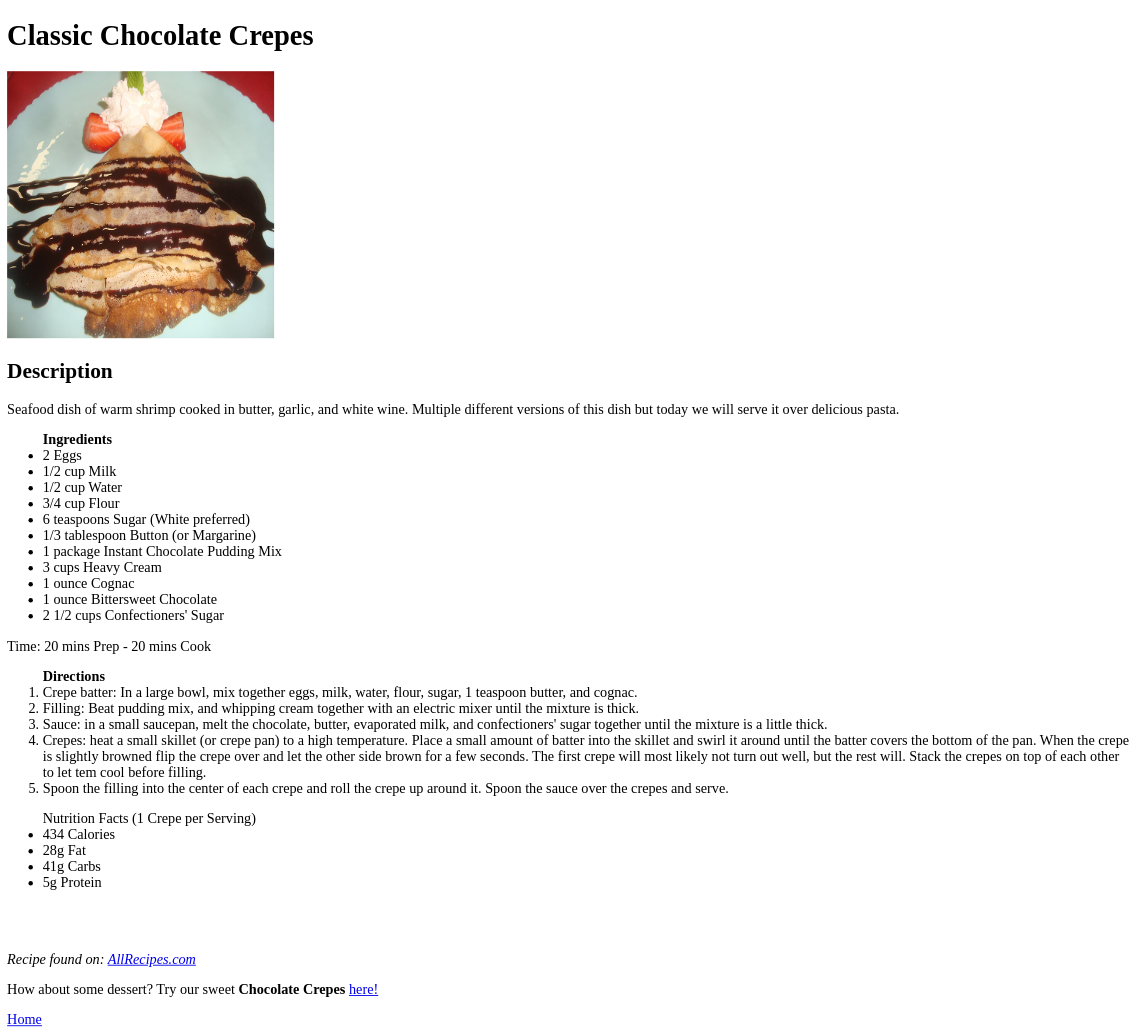
Repository: Mervens/odin-recipes
Page: recipes/pasta.html
These files come from the project's save history. The page is drawn as it stood at one moment and after the next save; the edit follows.
The browser window is 1280 px wide. The pictures show the whole page, at 89% of full size.

Above is the page before, as saved 2025-06-18 11:47:56.

After the next save:
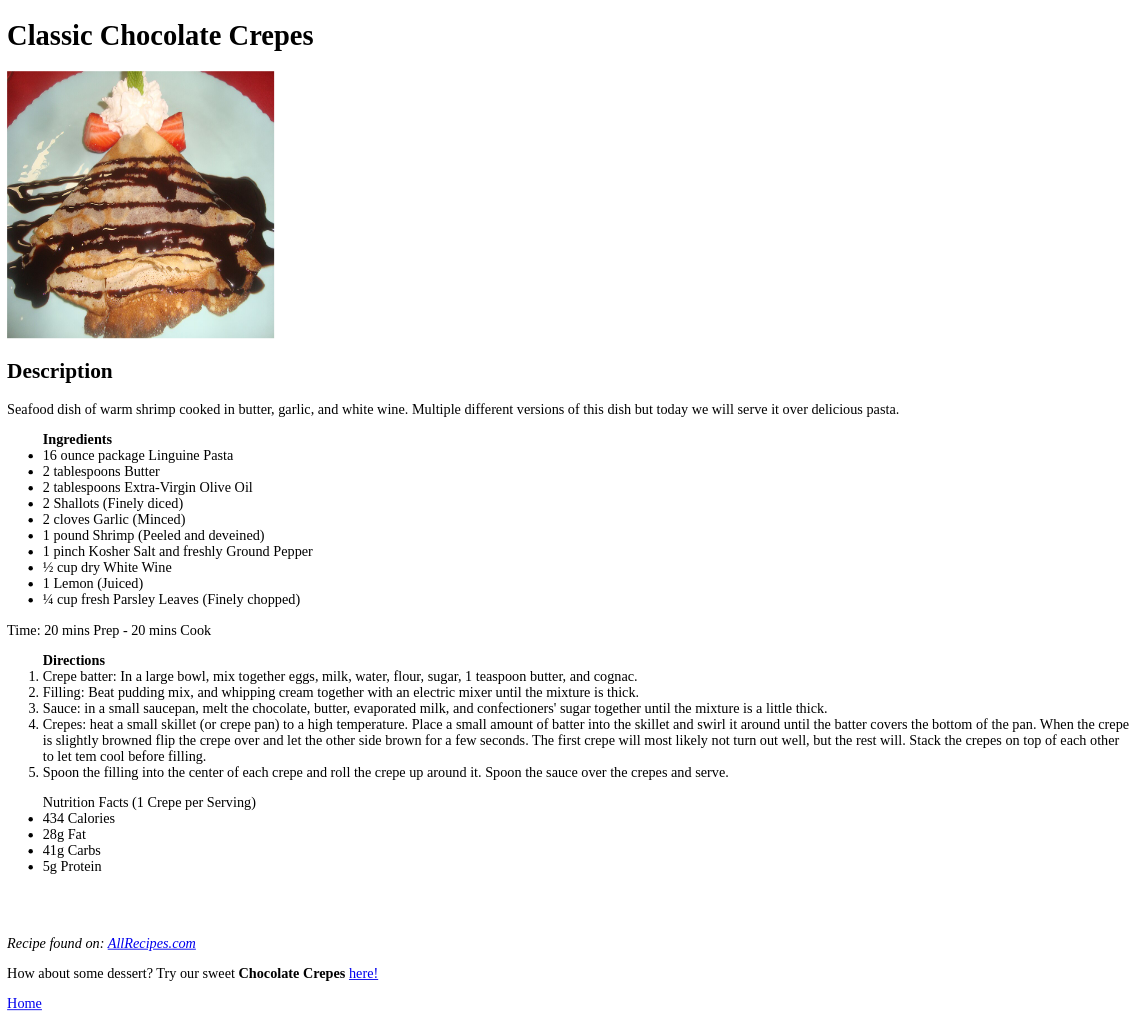
Saved 5 min 42 s later.
--- a/recipes/pasta.html
+++ b/recipes/pasta.html
@@ -16,17 +16,18 @@
     <p>Seafood dish of warm shrimp cooked in butter, garlic, and white wine. Multiple different versions of this dish
         but today we will serve it over delicious pasta.</p>
     <ul><strong>Ingredients</strong>
-        <li>2 Eggs</li>
-        <li>1/2 cup Milk</li>
-        <li>1/2 cup Water</li>
-        <li>3/4 cup Flour</li>
-        <li>6 teaspoons Sugar (White preferred)</li>
-        <li>1/3 tablespoon Button (or Margarine)</li>
-        <li>1 package Instant Chocolate Pudding Mix</li>
-        <li>3 cups Heavy Cream</li>
-        <li>1 ounce Cognac</li>
-        <li>1 ounce Bittersweet Chocolate</li>
-        <li>2 1/2 cups Confectioners' Sugar</li>
+        <li>16 ounce package Linguine Pasta
+        </li>
+        <li>2 tablespoons Butter</li>
+        <li>2 tablespoons Extra-Virgin Olive Oil</li>
+        <li>2 Shallots (Finely diced)
+        </li>
+        <li>2 cloves Garlic (Minced)</li>
+        <li>1 pound Shrimp (Peeled and deveined)</li>
+        <li>1 pinch Kosher Salt and freshly Ground Pepper</li>
+        <li>½ cup dry White Wine</li>
+        <li>1 Lemon (Juiced)</li>
+        <li>¼ cup fresh Parsley Leaves (Finely chopped)</li>
     </ul>
     <p>Time: 20 mins Prep - 20 mins Cook</p>
     <ol><strong>Directions</strong>
